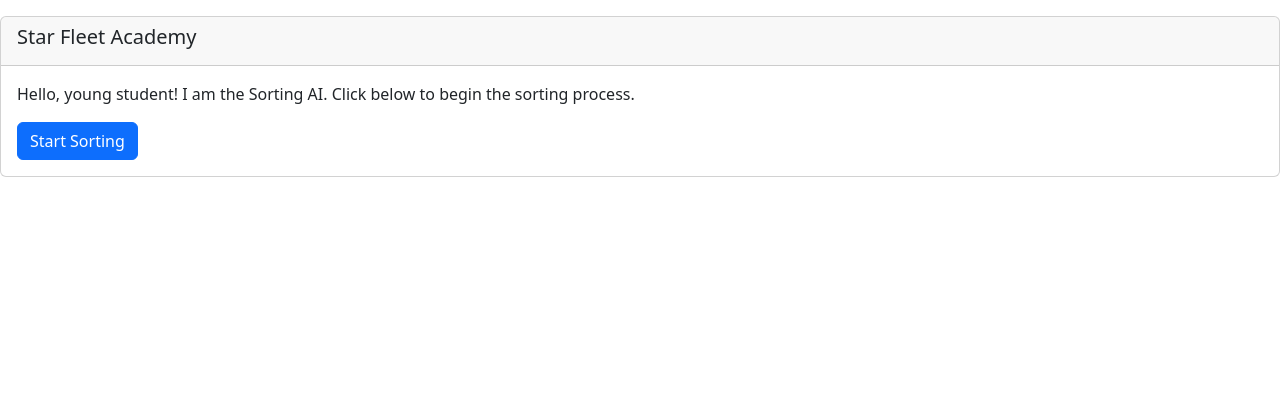
Repository: PaulPatterson48/ASSIGNMENT-StarFleet_academy
Page: index.html
The author's editor kept a copy of each file at every save. The page is drawn from the files as they stood at one save, then again after the next save.
The browser window is 1280 px wide. The pictures show the whole page.

Above is the page before, as saved 2023-08-06 21:49:46.
Console error: TypeError: Cannot read properties of null (reading 'addEventListener')

After the next save:
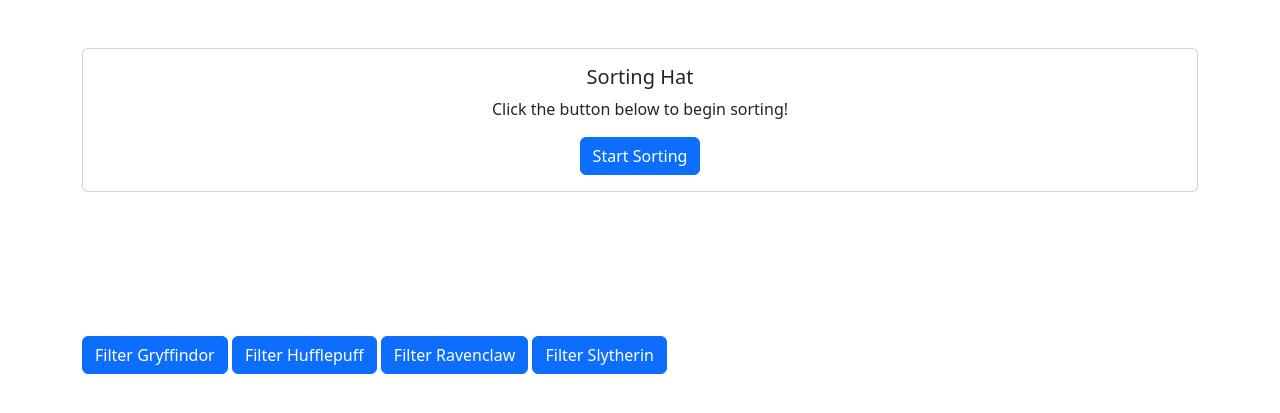
Console error: ReferenceError: buttonFilter is not defined
Saved 13 s later.
--- a/index.html
+++ b/index.html
@@ -10,31 +10,42 @@
 <body>
   <div id="btnRow" class="d-flex justify-content-between mb-3 btnRow"></div>
 
-    <div class="card" id="sortingCadetCard" class="card text-center">
-      <div class="card-header">
-        <h5>Star Fleet Academy</h5>
-        <div id="filterContainer"></div>
-      </div>
+  <div class="container mt-5">
+    <div id="sortingHatCard" class="card text-center">
       <div class="card-body">
-        <p>Hello, young student! I am the Sorting AI. Click below to begin the sorting process.</p>
+        <h5 class="card-title">Sorting Hat</h5>
+        <p class="card-text">Click the button below to begin sorting!</p>
         <button id="startSortingBtn" class="btn btn-primary">Start Sorting</button>
-      </div>
       </div>
     </div>
 
-    <div id="sortingForm" class="card text-center d-none">
-      <div class="card-header">
-        <h5>Student Sorting</h5>
+    <div id="sortingForm" class="card mt-5 d-none">
+      <div class="card-body">
+        <h5 class="card-title">Sorting Form</h5>
+        <div class="form-group">
+          <label for="studentName">Student Name</label>
+          <input type="text" class="form-control" id="studentName" placeholder="Enter student's name">
+          <small id="nameError" class="text-danger d-none">Please enter the student's name.</small>
+        </div>
+        <button id="sortBtn" class="btn btn-primary">Sort</button>
       </div>
-      <div class="card-body">
-        <form id="studentForm">
-          <div class="form-group">
-            <label for="studentName">Student Name:</label>
-            <input type="text" class="form-control" id="studentName" required>
-          </div>
-          <button id="sortStudentBtn" type="submit" class="btn btn-primary">Sort</button>
-        </form>
-      </div>
+    </div>
+
+    <div id="studentsContainer" class="row mt-5">
+      <!-- Student cards will be dynamically added here -->
+    </div>
+
+    <div id="expelledContainer" class="row mt-5">
+      <!-- Expelled student cards will be dynamically added here -->
+    </div>
+
+    <div class="mt-5">
+      <button id="filterGryffindor" class="btn btn-primary mr-2">Filter Gryffindor</button>
+      <button id="filterHufflepuff" class="btn btn-primary mr-2">Filter Hufflepuff</button>
+      <button id="filterRavenclaw" class="btn btn-primary mr-2">Filter Ravenclaw</button>
+      <button id="filterSlytherin" class="btn btn-primary">Filter Slytherin</button>
+    </div>
+  </div>
     </div>
       <div id="sortedStudents" class="mt-4"></div>
     <script src="https://cdn.jsdelivr.net/npm/bootstrap@5.1.3/dist/js/bootstrap.bundle.min.js" integrity="sha384-ka7Sk0Gln4gmtz2MlQnikT1wXgYsOg+OMhuP+IlRH9sENBO0LRn5q+8nbTov4+1p" crossorigin="anonymous"></script>
